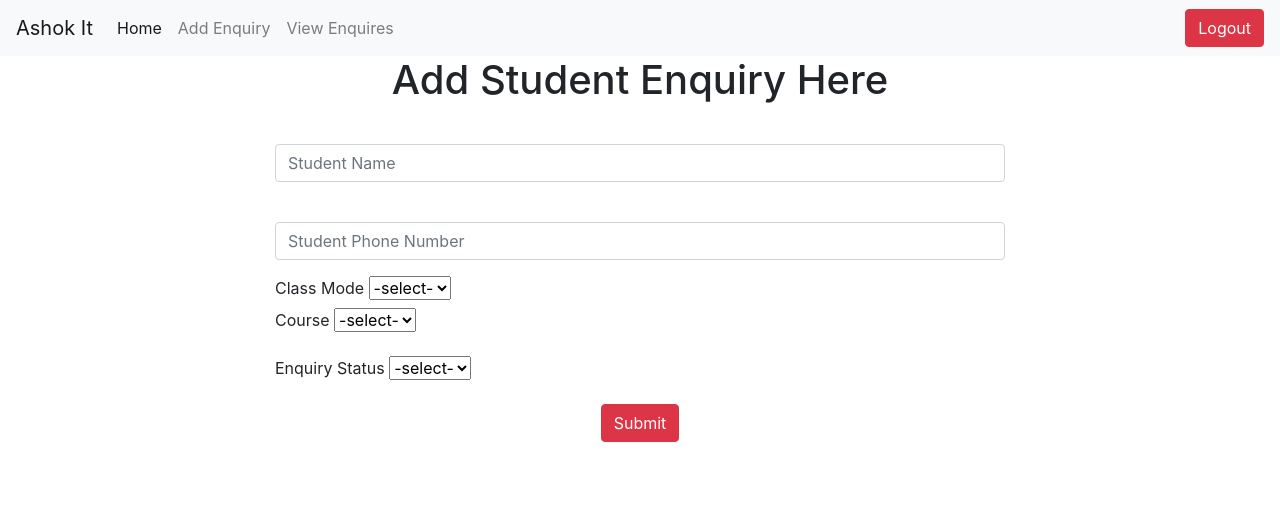
Repository: davidroshan/JRTP
Page: http://localhost/add-enquiry
These files come from the project's save history. The page is drawn as it stood at one moment and after the next save; the edit follows.
The browser window is 1280 px wide. The pictures show the whole page.
The page is this project's Thymeleaf template; nobody is signed in. The template is opened directly, without the code that normally fills it, so the values that code supplies are empty.

Above is the page before, as saved 2023-04-25 17:46:23.

### Front_Office_Team_Portal/src/main/resources/templates/add-enquiry.html
<!DOCTYPE html>
<html lang="en"  xmlns:th="http://www.thymeleaf.org" >
<head>
<meta charset="utf-8">
<link rel="stylesheet" href="https://cdn.jsdelivr.net/npm/bootstrap@4.3.1/dist/css/bootstrap.min.css" integrity="sha384-ggOyR0iXCbMQv3Xipma34MD+dH/1fQ784/j6cY/iJTQUOhcWr7x9JvoRxT2MZw1T" crossorigin="anonymous">
<title>AshokIT Unlock Account</title>
</head>
<body>

          <!-- Navbar start -->


                <nav class="navbar navbar-expand-lg navbar-light bg-light">
  <a class="navbar-brand" href="#">Ashok It</a>
  <button class="navbar-toggler" type="button" data-toggle="collapse" data-target="#navbarSupportedContent" aria-controls="navbarSupportedContent" aria-expanded="false" aria-label="Toggle navigation">
    <span class="navbar-toggler-icon"></span>
  </button>

  <div class="collapse navbar-collapse" id="navbarSupportedContent">
    <ul class="navbar-nav mr-auto">


      <li class="nav-item active">
        <a class="nav-link" href="dashboard">Home <span class="sr-only">(current)</span></a>
      </li>

      <li class="nav-item">
        <a class="nav-link" href="enquiry">Add Enquiry</a>
      </li>

      <li class="nav-item">
        <a class="nav-link" href="enquires">View Enquires</a>
      </li>

    </ul>
       <a href="logout" class="btn btn-danger">Logout</a>
  </div>
</nav>





          <!-- Nav bar end -->








        <div class="container">
            <div class="row">
               <div class="col-md-8 offset-md-2">
                   <div class="my-card">


                       <h1 class="text-center">Add Student Enquiry Here</h1>


                       <p th:text="${succMsg}" class="text-success"></p>
                       <p th:text="${errMsg}" class="text-danger"></p>

                       <form th:action="@{/enquiry}" th:object="${reset}" method="post" >



                           <!-- email field -->
                            <div class="form-group">
                           <label for="userEmail"></label>
                           <input name="studentName"
                                  type="text"
                                  class="form-control"

                                  id="userEmail"
                                  placeholder="Student Name"
                                  required="required"

                                  />



                           </div>




                            <!-- name field -->
                            <div class="form-group">
                           <label for="userTempPwd"></label>
                           <input name="studentPhno"
                                  type="number"
                                  class="form-control"

                                  id="userTempPwd"
                                  placeholder="Student Phone Number"
                                  required="required"

                                  />



                           </div>


                           <!-- password field -->
                            <div class="form-otline">
                           <label for="form2">Class Mode</label>
                                 <select id="form2" class="form-select">
                                    <option value="">-select-</option>
                                 </select>
                           </div>


                            <div class="form-group">
                           <label for="form22">Course</label>
                                 <select id="form22" class="form-select">
                                    <option value="">-select-</option>
                                 </select>
                           </div>


                           <div class="form-group">
                           <label for="form23">Enquiry Status</label>
                                 <select id="form23" class="form-select">
                                    <option value="">-select-</option>
                                 </select>
                           </div>


                           <div class="container">
                              <div class="text-center">
                              <button type="submit" class="btn btn-danger">Submit</button>
                              </div>
                           </div>

                       </form>



                   </div>
               </div>
            </div>
        </div>

</body>
</html>

After the next save:
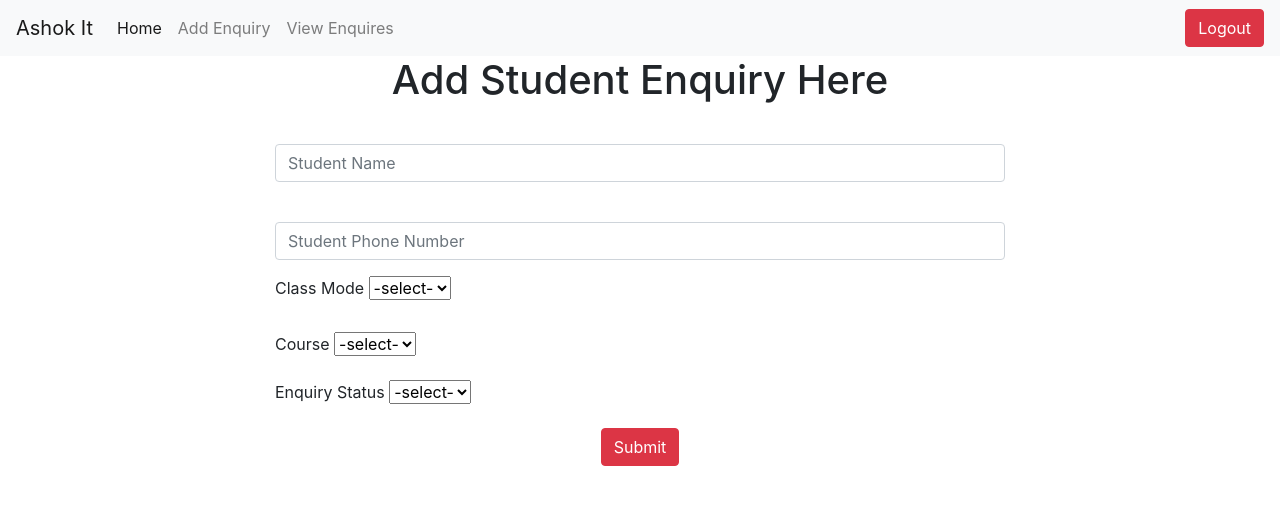
Saved 43 s later.
--- a/Front_Office_Team_Portal/src/main/resources/templates/add-enquiry.html
+++ b/Front_Office_Team_Portal/src/main/resources/templates/add-enquiry.html
@@ -105,7 +105,7 @@
 
 
                            <!-- password field -->
-                            <div class="form-otline">
+                            <div class="form-otline mb-4">
                            <label for="form2">Class Mode</label>
                                  <select id="form2" class="form-select">
                                     <option value="">-select-</option>
